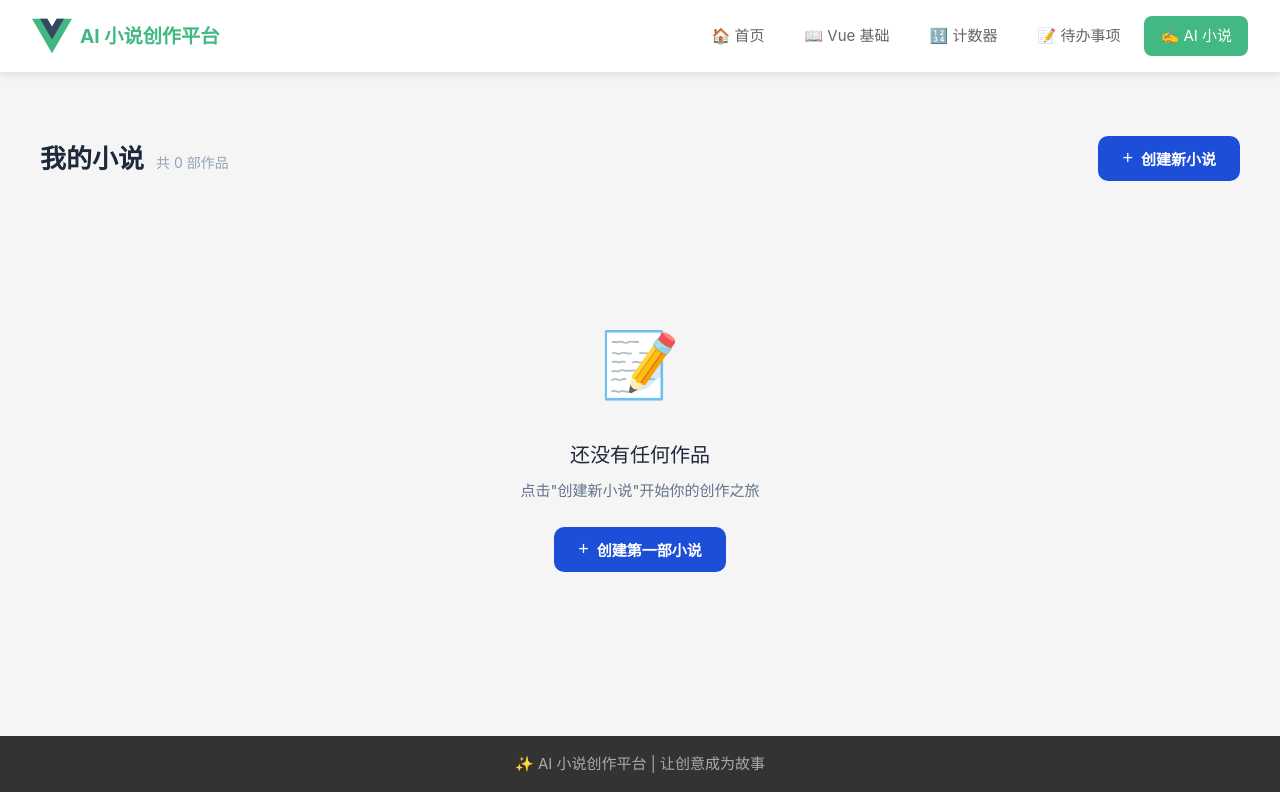
Repository: SergeXie/ai-novel-writer
Page: /novel (app in vue-project/)
The author's editor kept a copy of each file at every save. The page is drawn from the files as they stood at one save, then again after the next save.
The browser window is 1280 px wide. The pictures show the whole page.
The page's requests for data from a server got no answer. The project was rebuilt for these pictures with package versions that can differ from the ones it lists, and the page was loaded fresh each time. No one was signed in, and anything a server would have sent is missing. Also part of the build but not shown: vue-project/vite.config.ts, vue-project/src/views/HomeView.vue.

Above is the page before, as saved 2026-07-15 16:32:21.

After the next save:
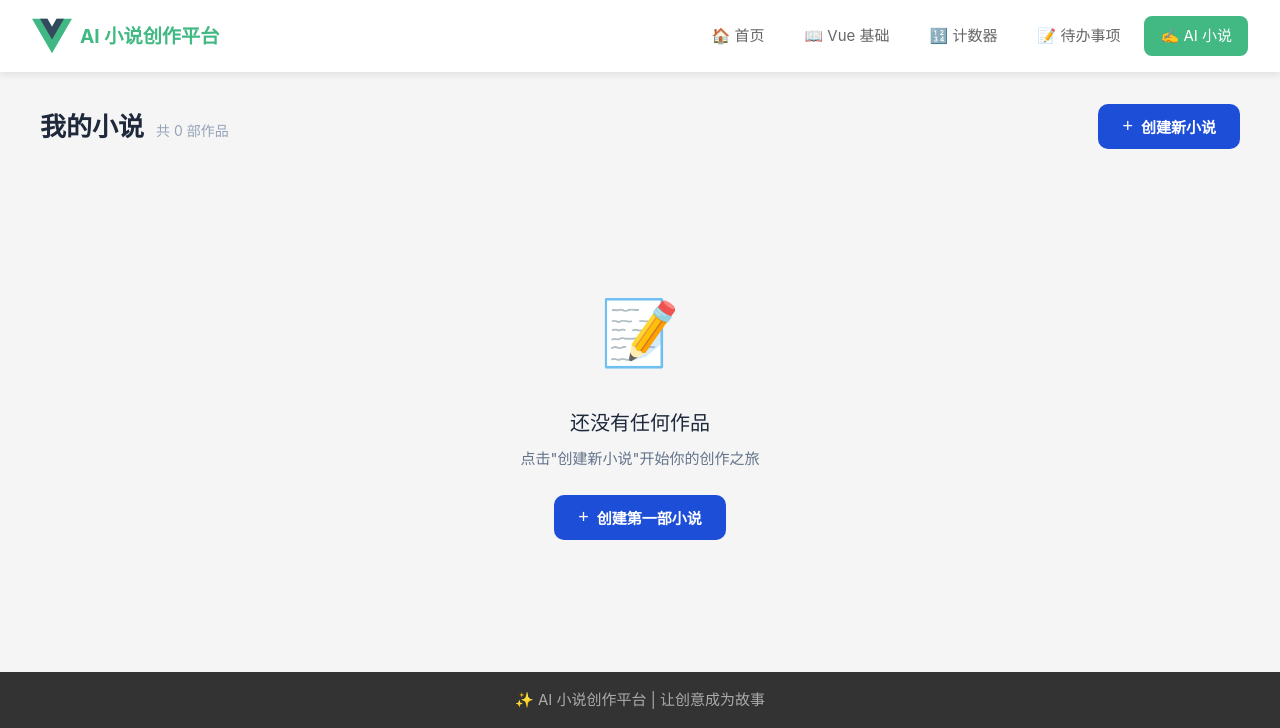
Saved 16 s later.
--- a/vue-project/src/App.vue
+++ b/vue-project/src/App.vue
@@ -116,7 +116,7 @@ body {
 /* 主内容区域 */
 .main-content {
   flex: 1;
-  padding: 2rem 0;
+  padding: 0;
   overflow: hidden;
   display: flex;
   flex-direction: column;
